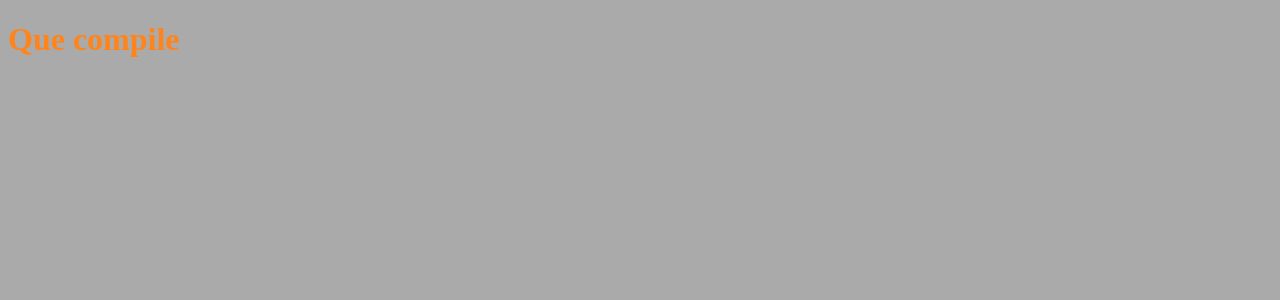
Repository: Alan966/Sass-desde-cero
Page: claseTwo/index.html
These files come from the project's save history. The page is drawn as it stood at one moment and after the next save; the edit follows.
The browser window is 1280 px wide. The pictures show the whole page.
The style sheet was rebuilt from its Sass, Less or Tailwind sources for each picture, by a compiler version that may differ from the author's.

Above is the page before, as saved 2022-09-06 15:50:28.

After the next save:
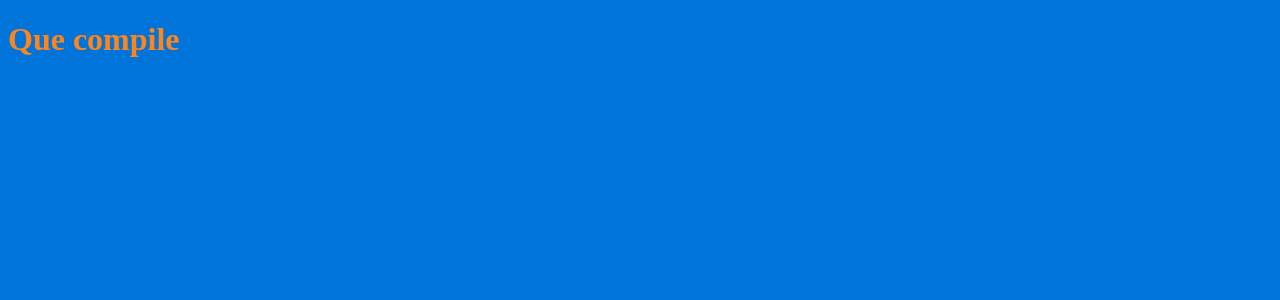
Saved 33 s later.
--- a/claseTwo/main.sass
+++ b/claseTwo/main.sass
@@ -1,7 +1,8 @@
 $naranja: #FF851B
+$azul_claro: #0074D9
 
 body
-    background: #AAAAAA
+    background: $azul_claro
 
 a
     color: $naranja
